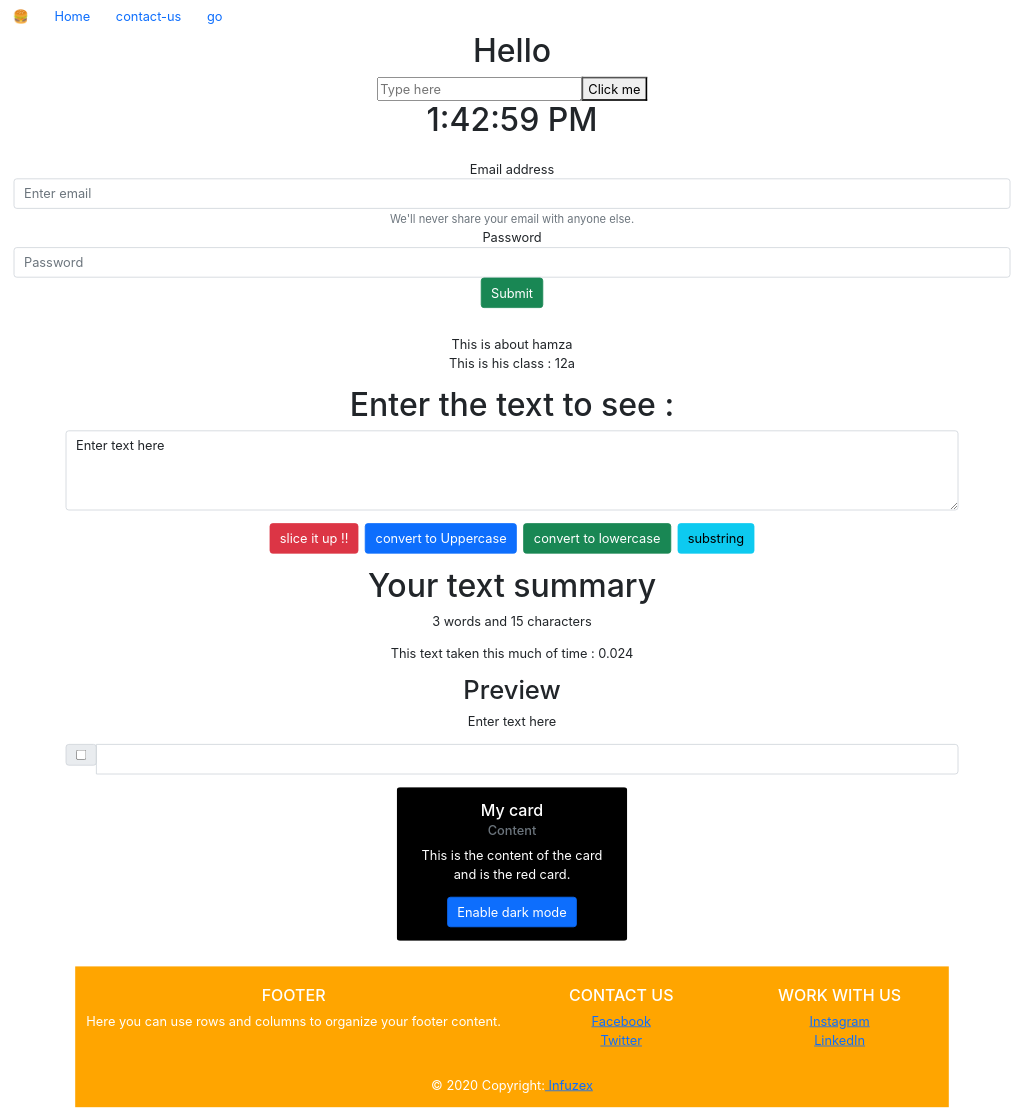
Repository: shah-zx/React-learning
Page: /
These files come from the project's save history. The page is drawn as it stood at one moment and after the next save; the edit follows.
The browser window is 1280 px wide. The pictures show the whole page, at 80% of full size.
The project was rebuilt for these pictures with package versions that can differ from the ones it lists, and the page was loaded fresh each time. Also part of the build but not shown: src/components/Welcome.js, src/components/Swagat.js, src/components/Namaste.js, src/components/Hello.js, src/components/ayiye.js, src/components/Message.js, src/components/Thought.js, src/components/Counter.js and 40 more. Imported but missing from the stored project, and not drawn on this page: src/components/Indexaskeyantipattern.

Above is the page before, as saved 2021-11-11 14:58:20.

### public/index.html
<!DOCTYPE html>
<html lang="en">
  <head>
    <meta charset="utf-8" />
    <link rel="icon" href="%PUBLIC_URL%/favicon.ico" />
    <meta name="viewport" content="width=device-width, initial-scale=1" />
    <meta name="theme-color" content="#000000" />
    <meta
      name="description"
      content="Textutility is a text based utility whuc can be used to manipulate your text in way you want"
    />
    <link rel="apple-touch-icon" href="%PUBLIC_URL%/logo192.png" />
    <!--
      manifest.json provides metadata used when your web app is installed on a
      user's mobile device or desktop. See https://developers.google.com/web/fundamentals/web-app-manifest/
    -->
    <link rel="manifest" href="%PUBLIC_URL%/manifest.json" />
    <!--Bootstrap CSS-->
    <link href="https://cdn.jsdelivr.net/npm/bootstrap@5.1.3/dist/css/bootstrap.min.css" rel="stylesheet" integrity="sha384-1BmE4kWBq78iYhFldvKuhfTAU6auU8tT94WrHftjDbrCEXSU1oBoqyl2QvZ6jIW3" crossorigin="anonymous">
    <!--
      Notice the use of %PUBLIC_URL% in the tags above.
      It will be replaced with the URL of the `public` folder during the build.
      Only files inside the `public` folder can be referenced from the HTML.

      Unlike "/favicon.ico" or "favicon.ico", "%PUBLIC_URL%/favicon.ico" will
      work correctly both with client-side routing and a non-root public URL.
      Learn how to configure a non-root public URL by running `npm run build`.
    -->
    <title>Infuzex</title>
  </head>
  <body>
    <noscript>You need to enable JavaScript to run this app.</noscript>
    <div id="root"></div>
    <div id="portal-root"></div>

    <!--
      This HTML file is a template.
      If you open it directly in the browser, you will see an empty page.

      You can add webfonts, meta tags, or analytics to this file.
      The build step will place the bundled scripts into the <body> tag.

      To begin the development, run `npm start` or `yarn start`.
      To create a production bundle, use `npm run build` or `yarn build`.
    -->
    <!--Bootstrap JS-->
  <script src="https://cdn.jsdelivr.net/npm/bootstrap@5.1.3/dist/js/bootstrap.bundle.min.js" integrity="sha384-ka7Sk0Gln4gmtz2MlQnikT1wXgYsOg+OMhuP+IlRH9sENBO0LRn5q+8nbTov4+1p" crossorigin="anonymous"></script>
 </body>
</html>

### src/App.js
import logo from './logo.svg';
import './App.css';
import React, { useState } from 'react';
import Greet from './components/Greet'
import Welcome from './components/Welcome'
import Swagat from './components/Swagat'
import Namaste from './components/Namaste'
import Hello from './components/Hello'
import Ayiye from './components/ayiye';
import Message from './components/Message'
import Thought from './components/Thought'
import Counter from './components/Counter'
import Functionalclick from './components/Functionalclick'
import Eventbind from './components/Eventbind'
import ParentComponent from './components/ParentComponent';
import CoditionalRendering from './components/CoditionalRendering';
import Namelist from './components/Namelist';
import Indexaskeyantipattern from './components/Indexaskeyantipattern'
import Stylesheet from './components/Stylesheet'
import Inline from './components/Inline'
import './appStyles.css'
import styles from './appStyles.module.css'
import Form from './components/Form';
import Fragments from './components/Fragments';
import Tables from './components/Tables';
import Columns from './components/Columns';
import Purecomponents from './components/Purecomponents'
import Parentcomp from './components/Parentcomp';
import MemoComp from './components/MemoComp'
import RefsDemo from './components/RefsDemo';
import Focusinput from './components/Focusinput'
import FRparentinput from './components/FRparentinput';
import Portaldemo from './components/Portaldemo'
import Practice1 from './components/Practice1';
import Practice2 from './components/Practice2';
import Clickcounter from './components/Clickcounter';
import HoverCount from './components/HoverCount'
import Componentone from './components/Componentone'
import ClickcounterTwo from './components/ClickcounterTwo';
import HovercounterTwo from './components/HovercounterTwo'
import Hovering from './components/Hovering';
import User from './components/User'
import Counterforcountandhover from './components/Counterforcountandhover';
import Navbar from './components/Navbar';
import TextForm from './components/TextForm';
import About from './components/About';
import Alert from './components/Alert';
import {
  BrowserRouter as Router,
  Switch,
  Route,
  Link

} from "react-router-dom";
import One from './practice_components/One';
import Alert_pr from './practice_components/Alert_pr';
import Footer from './components/Footer';
import Textarea from './practice_components/Textarea';
import NotesState from '../src/context/notes/NotesState'
import Hooks from './practice_components/Hooks';
import Time from './practice_components/Time';
import Dclock from './practice_components/Dclock';
import Handlingevents from './practice_components/Handlingevents'
import Forms from './practice_components/Forms';
function App() {
  // const [darkMode , setDarkMode] = useState(false)  // Wether dark mode is enabled or disabled //
  const [alert, setAlert] = useState(null);  // This is used for setting the state //
  const showAlert = (message, type) => {    // This is for showing the alert

    setAlert({
      msg: message,
      type: type
    })
    setTimeout(() => {  // This will help us to fade out the text message after 2 seconds //
      setAlert(null);
    }, 2000);
  }

  return (
    <>
    <NotesState>
      <Router>

        <div className="App">
          {

            <Navbar title= "🍔" Abouttext="Home" cont="contact-us" hello="go" />
       // Passing the props //
      /*      <Greet name = "hamza" heroName = "Batman"/>
      {/* <Greet name = ""  <Greet name = "shahnawaz" superName = "Superman"/>
      <Greet name = "rahul" wonderName = "women"/>

      {/*<Welcome />
      <Swagat />
      <Namaste />
      <Hello />
      <Ayiye naam="shahnawaz" elder="Brother" />
      <Ayiye naam="hamza" younger="Brother" /> */}
          {/* <Greet name="shahnawaz" heroName="Batman" /> */}
          {/* <Greet /> */}
          {/* <Welcome name="Hamza" heroName="Superman" /> */}
          {/* <Message />
      <Thought />
      <Counter /> */}
          {/* <ParentComponent /> */}
          {/* <Functionalclick /> */}
          {/* <Eventbind /> */}
          {/* <CoditionalRendering /> */}
          {/* <Namelist />  */}
          {/* <Indexaskeyantipattern /> */}
          {/* <Stylesheet primary = {true} />
      <Inline />
      <h1 className='error'>Error</h1>
      <h1 className={styles.success}>Success</h1>
      <Form /> */}
          {/* <Purecomponents /> */}
          {/* <Fragments /> */}
          {/* <Tables /> */}
          {/* <Parentcomp /> */}
          {/* <MemoComp /> */}
          {/* <Practice1 naam="romeo" herokanaam="billu" /> */}
          {/* <Hello />
      <RefsDemo />
      <Focusinput />
      <FRparentinput />
      <Portaldemo /> */}
          {/* <Practice2 /> */}
          {/* <Clickcounter /> */}
          {/* <HoverCount /> */}
          {/* <Componentone /> */}
          {/* <ClickcounterTwo /> */}
          {/* <HovercounterTwo /> */}
          {/* <Hovering /> */}
          {/* <User render={(isLoggedIn) => isLoggedIn ? 'Rendered' : 'Guest'} />   */}
          {/* <Counterforcountandhover render = {(count , incrementCount) => <ClickcounterTwo count = {count} incrementCount = {incrementCount}/> }/> */}
          {/* <Counterforcountandhover render = {(count , incrementCount) => <Hovering count = {count} incrementCount = {incrementCount}/> }/> */}
          {/* <Hooks/>
          <Time /> */}
          <Forms/>
          {/* <Handlingevents /> */}
          <Dclock/>
          <Alert alert={alert} />
          <div className="alert">
            <Alert_pr showAlert={showAlert} />
          </div>
          <div classname="greet">
            <Greet />
          </div>
          <div className="container my-3" >
            <Switch>
              <Route path="/about">
                <About />
                {/* <Ayiye/> */}
              </Route>
              <Route path="/">
                <TextForm showAlert={showAlert} heading="Enter the text to see :" />
                <div className="txt">
                  <Textarea st="checkbox"/>
                </div>
                <div className="red_card">
                  <One />
                  <div className="container">
                    <Footer heading = "Footer" link1 = "Facebook" ls = "Twitter" oneLink = "Instagram" secLink = "LinkedIn"/>
                  </div>
                </div>
              </Route>
            </Switch>
            {/* <About /> */}
          </div>
          {/* <About /> */}
        </div>
      </Router>
    </NotesState>
    </>
  );
}

export default App;  // This is the place where we have exported our App //

// Functional components : takes properties ( a js function takes the props and returns the jsx code --> HTML code )
// As soon as we import the Greet Component we have to import it to our main App.js and use it as an html tag
// Class components : They can also recieve input as props and retun html code
// It can maintain some data private to that component
// The user component will make sure the user is logged in or not

### src/App.css
.App {
  text-align: center;
}

.App-logo {
  height: 40vmin;
  pointer-events: none;
}

@media (prefers-reduced-motion: no-preference) {
  .App-logo {
    animation: App-logo-spin infinite 20s linear;
  }
}

.App-header {
  background-color: #282c34;
  min-height: 100vh;
  display: flex;
  flex-direction: column;
  align-items: center;
  justify-content: center;
  font-size: calc(10px + 2vmin);
  color: white;
}

.App-link {
  color: #61dafb;
}

@keyframes App-logo-spin {
  from {
    transform: rotate(0deg);
  }
  to {
    transform: rotate(360deg);
  }
}

/*
.red_card {
  display: flex;
  flex-wrap: wrap;
} */

.container {
  margin-top: 2em;
}

### src/components/Greet.js
import React, { useContext , useEffect } from "react";
import noteContext from "../context/notes/noteContext";
const Greet = () => {
    const a = useContext(noteContext)
    useEffect(() => {
        a.update()
    }, [])
    return (
        <div>
            This is about {a.state.name}
            <br />
            This is his class : {a.state.class}
        </div>  // Here we are using the context API
    )
}


// const {name, heroName} = props  // Destructurig the props in functional components //
// console.log(props)
// This is our greeting function , after creating it , we have to export it to the App.js

export default Greet

### src/components/Navbar.js
// Here we are making a navbar component //

import React from 'react'
import PropTypes from 'prop-types' // Importing the proptypes from props //
import {Link} from 'react-router-dom' // Importing the Link  , thing to remember : exporting not as DEFAULT //
export default function Navbar(props) {

    return (
        <ul className="nav">
        <li className="nav-item">
          <Link className="nav-link active" aria-current="page" to="/">{props.title}</Link>
        </li>
        <li className="nav-item">
          <Link className="nav-link" to="about">{props.Abouttext}</Link>
        </li>
        <li className="nav-item">
          <Link className="nav-link" to="/">{props.cont}</Link>
        </li>
        <li className="nav-item">
          <a className="nav-link">{props.hello}</a>
        </li>
      </ul>
    )
}
Navbar.propTypes = {      // These are our navbar properties //
                      title : PropTypes.string.isRequired ,
                      Abouttext : PropTypes.string
                   }

Navbar.defaultProps = {title : 'set title here' ,
                        Abouttext : 'set abouttext here'
                    }

### src/practice_components/One.js
import React, { useState } from 'react'  // We  also imported the usestate from react so that it can be used in the component //
import './One.css'
function One() {

    // let myStyle = {  // This is an objetct whic will give us the color for every

    // }

    // Now we will automatically set the dark mode enable and disable for our card //

    // This is for setting the state for styling //

    const [myStyle, setMystyle] = useState({
        color: 'white',
        backgroundColor: 'black',
        width: '18rem'
    })

    // Defining the event handler giveColor//

    const giveColor = () => {
        if (myStyle.color === 'white') {
            setMystyle({
                color: 'blue',
                backgroundColor: 'white',
                width: '18rem'
            })
            setBtntext('Enable dark mode')
        }
        else {
            setMystyle({
                color: 'white',
                backgroundColor: 'blue',
                width: '18rem'
            })
            setBtntext('Enable light mode')
        }
    }

    // This is for the button state change //

    const [btntext, setBtntext] = useState('Enable dark mode')

    return (

        <div class="card" style={myStyle} >
            <div class="card-body">
                <h5 class="card-title">My card</h5>
                <h6 class="card-subtitle mb-2 text-muted">Content</h6>
                <p class="card-text">This is the content of the card and is the red card.</p>
                <button onClick={giveColor} type="button" class="btn btn-primary">{btntext}</button>
            </div>
        </div>
    )
}

export default One

### src/practice_components/Alert_pr.js
import React from 'react'

function Alert_pr(props) {

  const handleAlert = () => {
    console.log("HandleAlert clicked")
    props.showAlert("Are you sure you want to submit", "success")
  }



  return (
    <form>
      <div className="form-group">
        <label for="exampleInputEmail1">Email address</label>
        <input type="email" className="form-control" id="exampleInputEmail1" aria-describedby="emailHelp" placeholder="Enter email" />
        <small id="emailHelp" className="form-text text-muted">We'll never share your email with anyone else.</small>
      </div>
      <div className="form-group">
        <label for="exampleInputPassword1">Password</label>
        <input type="password" className="form-control" id="exampleInputPassword1" placeholder="Password" />
      </div>
      <button onClick={handleAlert} type="submit" class="btn btn-success">Submit</button>
    </form>
  )
}

export default Alert_pr


// code to be written in App.js :

// const [alert , setAlert] = useState(null);
// function for setting the alert :
// const showAlert = () => {
    // setAlert ({
        //    msg : message
        //   type : type
    // })
    // setTimeout(() => {
        // setAlert(null); }
        // , 2000 )
    // )
// }

### src/components/Footer.js
import React , {useContext} from 'react'
import noteContext from "../context/notes/noteContext";
function Footer(props) {
    const b = useContext(noteContext)
    return (
        <footer class="page-footer font-small pt-4" style={{ backgroundColor: "orange", color: "white" }}>

            <div class="container-fluid text-center text-md-left">

                <div class="row">

                    <div class="col-md-6 mt-md-0 mt-3">

                        <h5 class="text-uppercase">{props.heading}</h5>
                        <p>{b.name} Here you can use rows and columns to organize your footer content.</p>

                    </div>

                    <hr class="clearfix w-100 d-md-none pb-3" />

                    <div class="col-md-3 mb-md-0 mb-3">

                        <h5 class="text-uppercase">Contact us</h5>

                        <ul class="list-unstyled">
                            <li>
                                <a href="#!">{props.link1}</a>
                            </li>
                            <li>
                                <a href="#!">{props.ls}</a>
                            </li>
                        </ul>

                    </div>

                    <div class="col-md-3 mb-md-0 mb-3">

                        <h5 class="text-uppercase">Work with us</h5>

                        <ul class="list-unstyled">
                            <li>
                                <a href="#!">{props.oneLink}</a>
                            </li>
                            <li>
                                <a href="#!">{props.secLink}</a>
                            </li>
                        </ul>

                    </div>

                </div>

            </div>

            <div class="footer-copyright text-center py-3">© 2020 Copyright:
                <a href="https://mdbootstrap.com/"> Infuzex</a>
            </div>

        </footer>
    )
}

export default Footer

### src/practice_components/Textarea.js
import React , { useState } from 'react'

function Textarea(props) {




    const handleChange =() => {
         console.log("handleChange click")
    }


    return (
        <div class="input-group mb-3">
        <div class="input-group-prepend">
          <div class="input-group-text">
            <input onClick = {handleChange} type={props.st} aria-label="Checkbox for following text input" />
          </div>
        </div>
        <input type="text" class="form-control" aria-label="Text input with checkbox"/>
      </div>
    )
}

export default Textarea

### src/context/notes/NotesState.js
import react, { useState } from 'react';
import noteContext from './noteContext'

const NotesState = (props) => {
    const s1 = {
        "name": "Shahnawaz",
        "class": "5a"
    }
    const [state, setState] = useState(s1)
    const update = () => {
        setTimeout(() => {
            setState({
                "name": "hamza",
                "class": "12a"
            })
        }, 3000);
    }
    return (
        <noteContext.Provider value={{ state, update }}>
            {props.children}
        </noteContext.Provider>


    )
}

export default NotesState;

### src/practice_components/Dclock.jsx
import React , {useState} from 'react'

function Dclock() {

   let time = new Date().toLocaleTimeString();

   const[ctime , setTime] = useState(time)

   const updateTime = () => {
      let newtime = new Date().toLocaleTimeString();
      setTime(newtime)
   }

   setInterval(updateTime,1000) // This function will take a call back function and the interval after which the event will take place

    return (
        <>
            <h1>{ctime}</h1>
        </>
    )
}

export default Dclock

### src/practice_components/Forms.jsx
import React , {useState} from 'react'



function Forms() {

    const [name , setName] = useState()
    const [fullName , setFullName] = useState()


    const inputEvent = (event)=>{  // We are passing the text we will be weiting in the input in an object called event
    //    console.log(event.target.value)  // accessing our text
       setName(event.target.value)
    };

    const handleChange = () => {
    setFullName(name);
    }
    return (
        <>
            <h1>Hello {fullName}</h1>
            <input type="text" placeholder="Type here" value = {name} onChange = {inputEvent}></input>
            <button onClick = {handleChange} type="submit">Click me </button>
        </>
    )
}

export default Forms

// Note : as we do for button , which is onClick , we do for input field also : that is

### src/context/notes/noteContext.js
import { createContext } from "react";
const noteContext = createContext();   // Here we craeted a new context which will hold our states


export default noteContext;


// Here we have formed the context API

### src/practice_components/One.css
.card{

    margin-left: auto;
    margin-right: auto;
    /* margin-bottom: 1em; */
}

### src/practice_components/Login.jsx
import React from 'react'

function Login() {
    return (
        <>
          <h1></h1>
          <input type = "text" placeholder = "type your username"></input>
          <input type = "text" palceholder = "password"></input>
          <button>Submit</button>
        </>
    )
}

export default Login

Loaded but not shown: src/index.js (common file); src/index.css (common file); src/reportWebVitals.js (common file); src/components/TextForm.js (79 lines, source omitted)

After the next save:
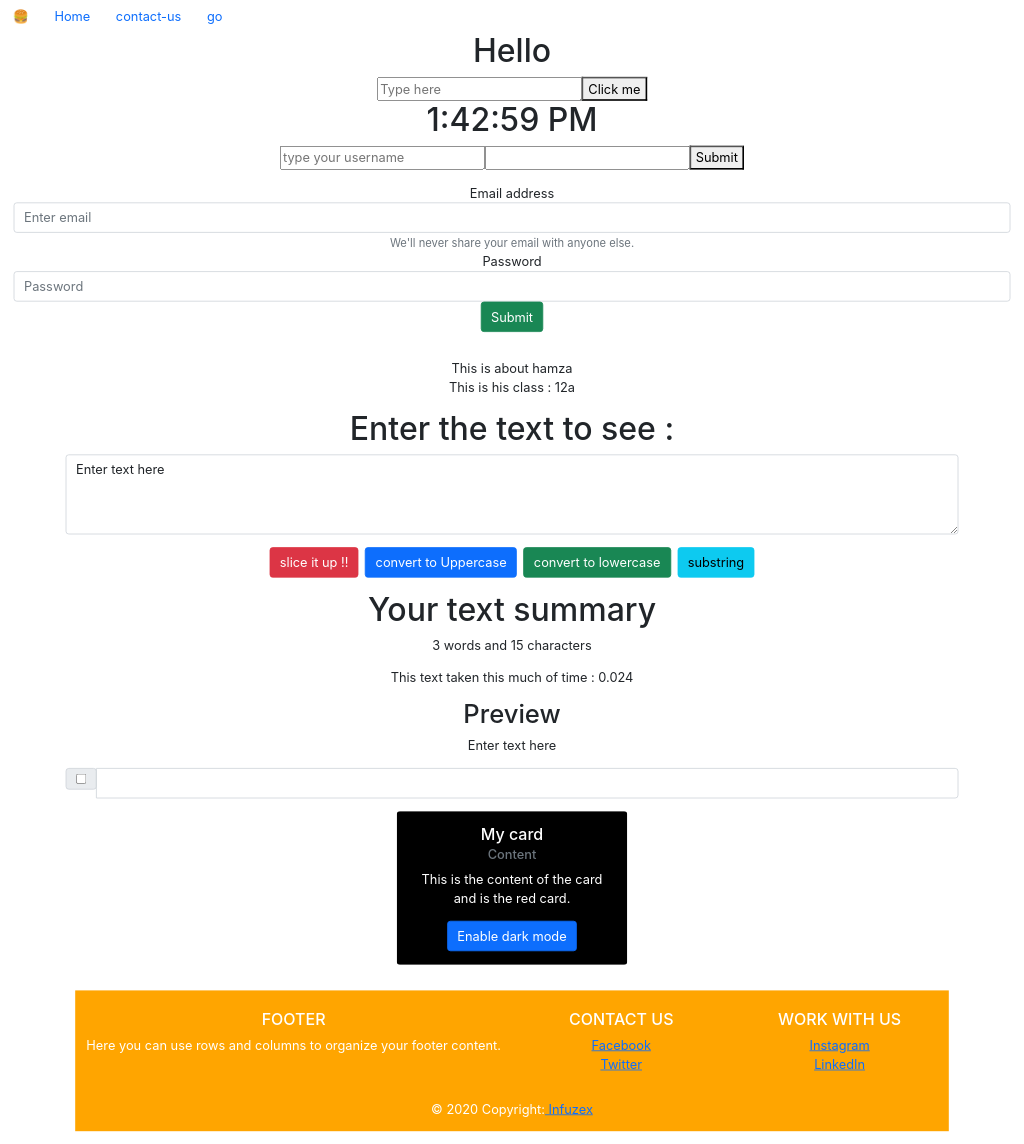
Saved 3 min 25 s later.
--- a/src/App.js
+++ b/src/App.js
@@ -62,6 +62,7 @@ import Time from './practice_components/Time';
 import Dclock from './practice_components/Dclock';
 import Handlingevents from './practice_components/Handlingevents'
 import Forms from './practice_components/Forms';
+import Login from './practice_components/Login';
 function App() {
   // const [darkMode , setDarkMode] = useState(false)  // Wether dark mode is enabled or disabled //
   const [alert, setAlert] = useState(null);  // This is used for setting the state //
@@ -139,6 +140,7 @@ function App() {
           <Forms/>
           {/* <Handlingevents /> */}
           <Dclock/>
+          <Login />
           <Alert alert={alert} />
           <div className="alert">
             <Alert_pr showAlert={showAlert} />
